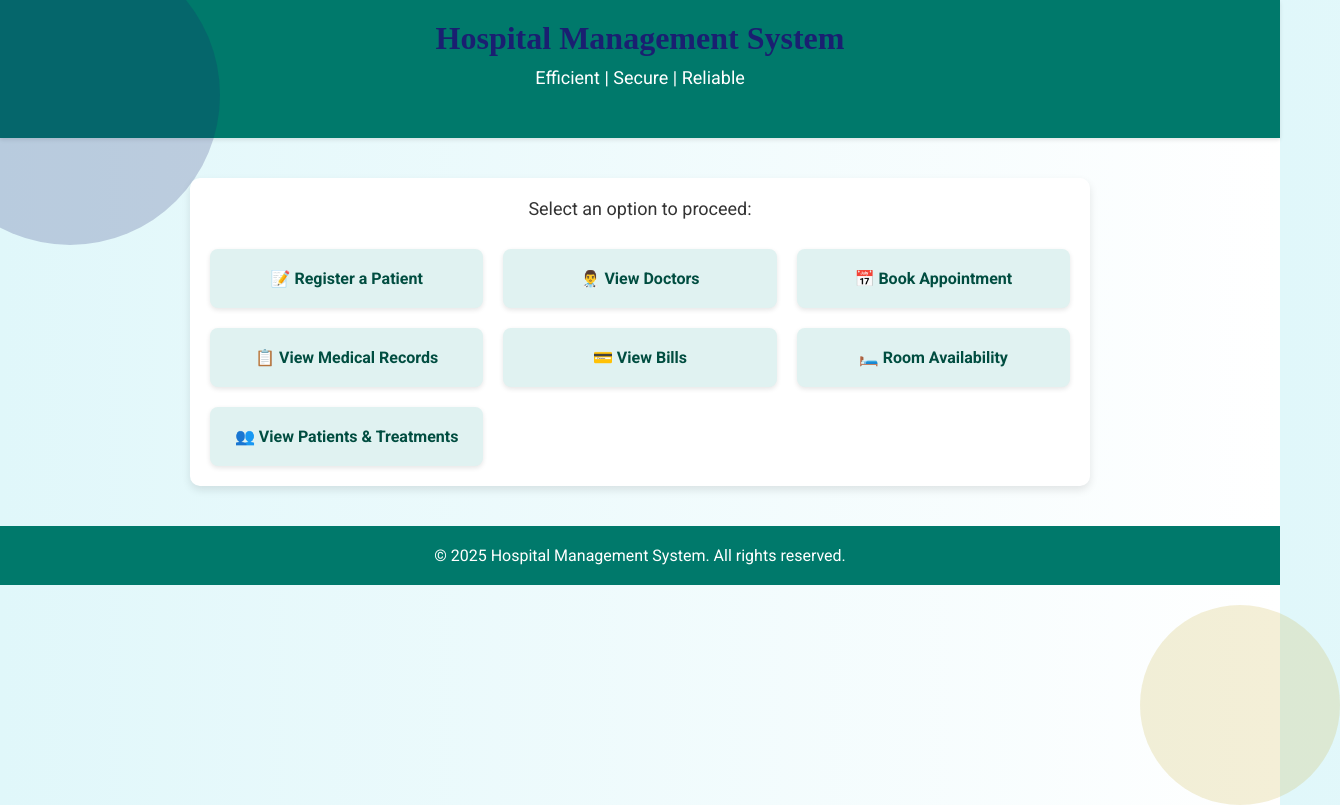
Repository: shreeshskatti/hospital_management_system
Page: http://localhost/
An editor plug-in stored every save of this project. The page is shown before and after the next save, followed by the edit.
The browser window is 1280 px wide. The page is 1340 px wide, so the pictures cover 1340 px, including what lies to the right of the window. The pictures show the whole page.
Some web fonts or font styles are not loaded; a fallback is used. The page is run by PHP 8.4 with error messages shown; the project is at /var/www/html/.

Above is the page before, as saved 2025-05-29 21:25:01.

### index.php
<?php include 'includes/db.php'; ?>
<!DOCTYPE html>
<html lang="en">
<head>
  <meta charset="UTF-8">
  <title>Hospital Management System</title>
  <link rel="stylesheet" href="css/style.css">
  <link href="https://fonts.googleapis.com/css2?family=Roboto:wght@400;700&display=swap" rel="stylesheet">
  <style>
    * {
      margin: 0; padding: 0;
      box-sizing: border-box;
      font-family: 'Roboto', sans-serif;
    }
    body {
      background: linear-gradient(to right, #e0f7fa, #ffffff);
      color: #333;
    }
    header {
      background-color: #00796B;
      color: white;
      padding: 20px 0;
      text-align: center;
      box-shadow: 0 2px 4px rgba(0,0,0,0.1);
    }
    .container {
      max-width: 900px;
      margin: 40px auto;
      padding: 20px;
      background: white;
      border-radius: 10px;
      box-shadow: 0 4px 8px rgba(0,0,0,0.1);
      text-align: center;
    }
    h1 {
      margin-bottom: 10px;
    }
    p {
      font-size: 18px;
      margin-bottom: 30px;
    }
    ul {
      list-style: none;
      display: grid;
      grid-template-columns: repeat(auto-fit, minmax(240px, 1fr));
      gap: 20px;
      padding: 0;
    }
    li a {
      display: block;
      padding: 20px;
      background-color: #e0f2f1;
      border-radius: 8px;
      text-decoration: none;
      color: #004D40;
      font-weight: bold;
      font-size: 16px;
      transition: all 0.3s ease;
      box-shadow: 0 2px 5px rgba(0,0,0,0.1);
    }
    li a:hover {
      background-color: #b2dfdb;
      transform: translateY(-5px);
    }
    footer {
      text-align: center;
      margin-top: 40px;
      padding: 20px;
      background-color: #00796B;
      color: white;
    }
  </style>
</head>
<body>

  <header>
    <h1>Hospital Management System</h1>
    <p>Efficient | Secure | Reliable</p>
  </header>

  <div class="container">
    <p>Select an option to proceed:</p>
    <ul>
      <li><a href="patients/add_patient.php">📝 Register a Patient</a></li>
      <li><a href="doctors/view_doctors.php">👨‍⚕️ View Doctors</a></li>
      <li><a href="appointments/book_appointment.php">📅 Book Appointment</a></li>
      <li><a href="medical_records/view_records.php">📋 View Medical Records</a></li>
      <li><a href="bills/view_bills.php">💳 View Bills</a></li>
      <li><a href="rooms/view_rooms.php">🛏️ Room Availability</a></li>

      <!-- New link for Patients and Treatments -->
      <li><a href="patients/patients_list.php">👥 View Patients & Treatments</a></li>
    </ul>
  </div>

  <footer>
    &copy; <?php echo date('Y'); ?> Hospital Management System. All rights reserved.
  </footer>

</body>
</html>

### includes/db.php
<?php
$host = 'localhost';
$user = 'root';
$pass = '';
$dbname = 'hospital_db';  // must match your DB name

$conn = new mysqli($host, $user, $pass, $dbname);

if ($conn->connect_error) {
    die("Connection failed: " . $conn->connect_error);
}
?>

### css/style.css
@import url('https://fonts.googleapis.com/css2?family=Merriweather&family=Open+Sans&display=swap');

* {
  margin: 0;
  padding: 0;
  box-sizing: border-box;
}

body {
  background: radial-gradient(circle at top left, #f0f4ff, #fdfdfd);
  font-family: 'Open Sans', sans-serif;
  color: #2E2E2E;
  min-height: 100vh;
  position: relative;
  overflow-x: hidden;
}

/* Background floating shapes */
body::before, body::after {
  content: '';
  position: absolute;
  border-radius: 50%;
  opacity: 0.2;
  z-index: 0;
  pointer-events: none;
  animation: float 10s ease-in-out infinite;
}

body::before {
  width: 300px;
  height: 300px;
  background: #1A1F71;
  top: -80px;
  left: -80px;
}

body::after {
  width: 200px;
  height: 200px;
  background: #C9B037;
  bottom: -60px;
  right: -60px;
}

@keyframes float {
  0%, 100% { transform: translateY(0px); }
  50% { transform: translateY(25px); }
}

h1, h2, h3 {
  font-family: 'Merriweather', serif;
  color: #1A1F71;
  z-index: 1;
  position: relative;
}

.container {
  max-width: 900px;
  margin: 60px auto;
  padding: 40px 30px;
  background-color: rgba(255, 255, 255, 0.9);
  backdrop-filter: blur(10px);
  border-radius: 16px;
  box-shadow: 0 12px 30px rgba(0,0,0,0.1);
  position: relative;
  z-index: 1;
}

button {
  background-color: #1A1F71;
  color: #F9F6F1;
  border: none;
  padding: 14px 28px;
  font-size: 16px;
  border-radius: 8px;
  cursor: pointer;
  font-weight: 600;
  transition: background-color 0.3s ease, color 0.3s ease;
}

button:hover {
  background-color: #C9B037;
  color: #1A1F71;
}

input, select {
  width: 100%;
  padding: 12px;
  margin-top: 10px;
  margin-bottom: 22px;
  border: 1.5px solid #D3D3D3;
  border-radius: 8px;
  font-size: 16px;
  transition: all 0.3s ease;
  background-color: #fafafa;
}

input:focus, select:focus {
  border-color: #C9B037;
  outline: none;
  box-shadow: 0 0 8px rgba(201, 176, 55, 0.5);
  background-color: white;
}

table {
  width: 100%;
  border-collapse: collapse;
  margin-top: 30px;
  font-size: 15px;
}

th, td {
  padding: 14px;
  border: 1px solid #D3D3D3;
  text-align: left;
}

thead {
  background-color: #C9B037;
  color: white;
}

tbody tr:nth-child(even) {
  background-color: #F9F6F1;
}

/* Links and interactions */
a {
  color: #1A1F71;
  text-decoration: none;
  transition: color 0.3s;
  font-weight: bold;
}

a:hover {
  color: #C9B037;
  text-decoration: underline;
}

After the next save:
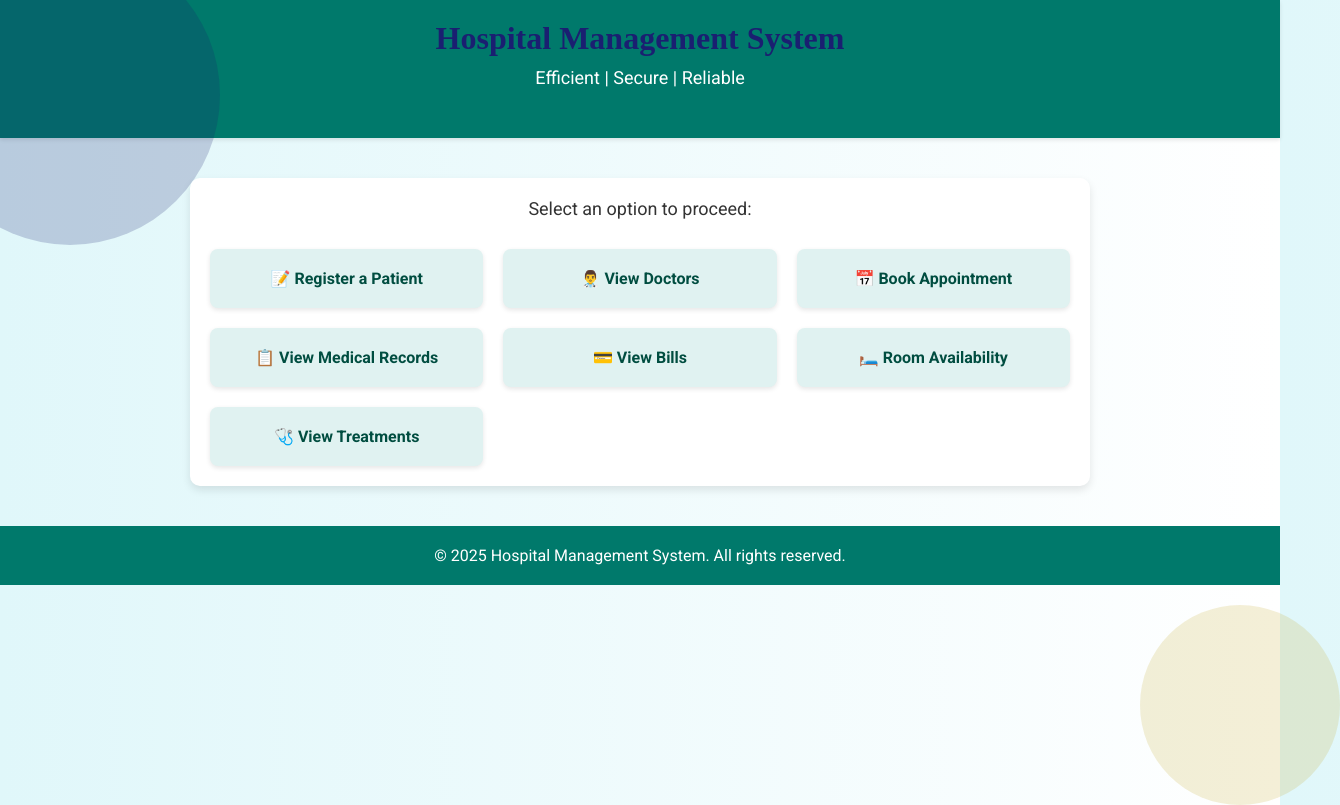
Saved 63 s later.
--- a/index.php
+++ b/index.php
@@ -88,8 +88,8 @@
       <li><a href="bills/view_bills.php">💳 View Bills</a></li>
       <li><a href="rooms/view_rooms.php">🛏️ Room Availability</a></li>
 
-      <!-- New link for Patients and Treatments -->
-      <li><a href="patients/patients_list.php">👥 View Patients & Treatments</a></li>
+      <!-- Added only this new link -->
+      <li><a href="patients/patients_list.php">🩺 View Treatments</a></li>
     </ul>
   </div>
 
